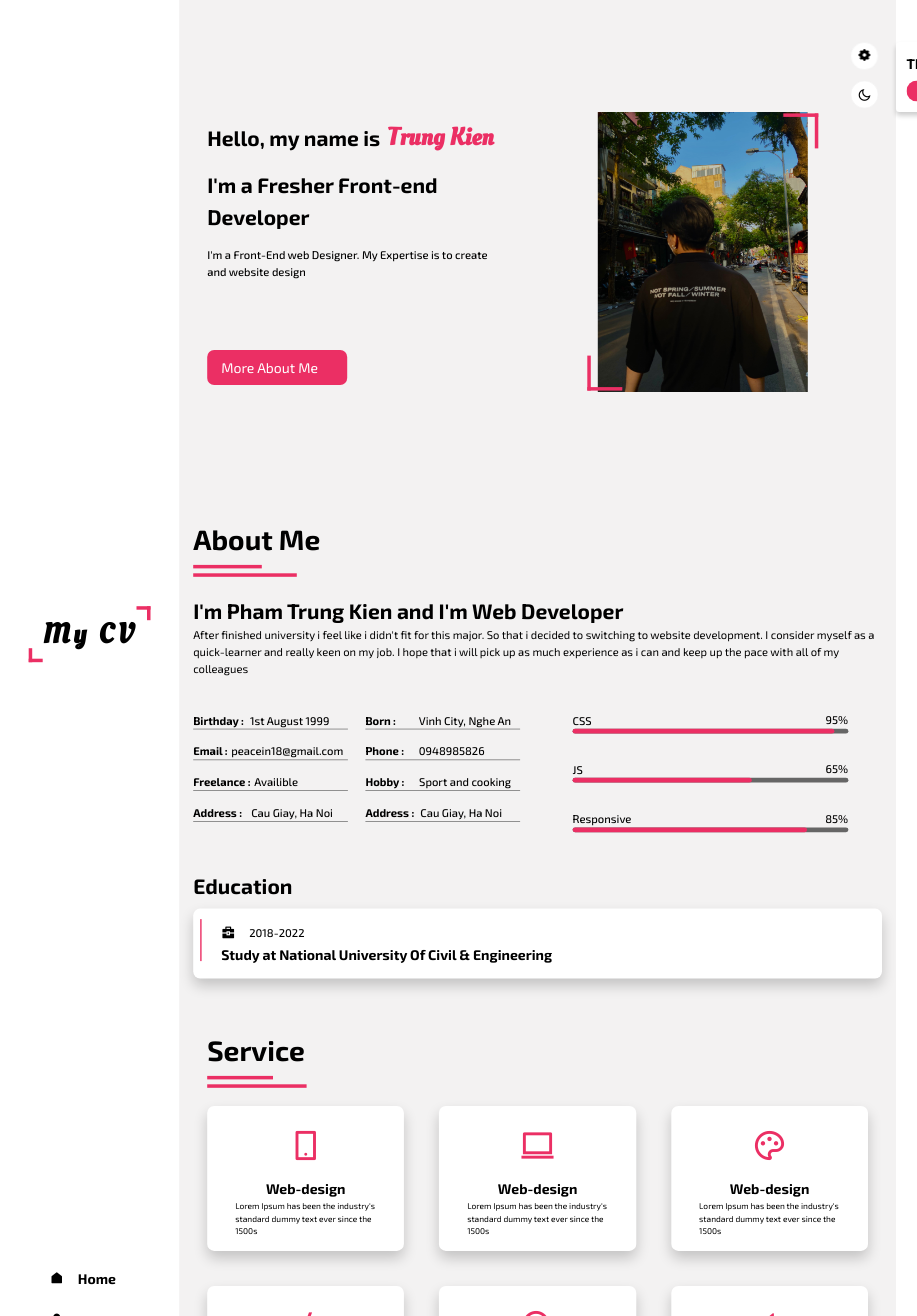
Repository: kien181999/First-Project
Page: index.html
The author's editor kept a copy of each file at every save. The page is drawn from the files as they stood at one save, then again after the next save.
The browser window is 1280 px wide. The page is 1310 px wide, so the pictures cover 1310 px, including what lies to the right of the window. The pictures show the part of the page from y = 0 to 1880 px (the page is 2917 px tall), at 70% of full size.
The style sheet was rebuilt from its Sass, Less or Tailwind sources for each picture, by a compiler version that may differ from the author's.

Above is the page before, as saved 2022-06-05 00:36:39.

After the next save:
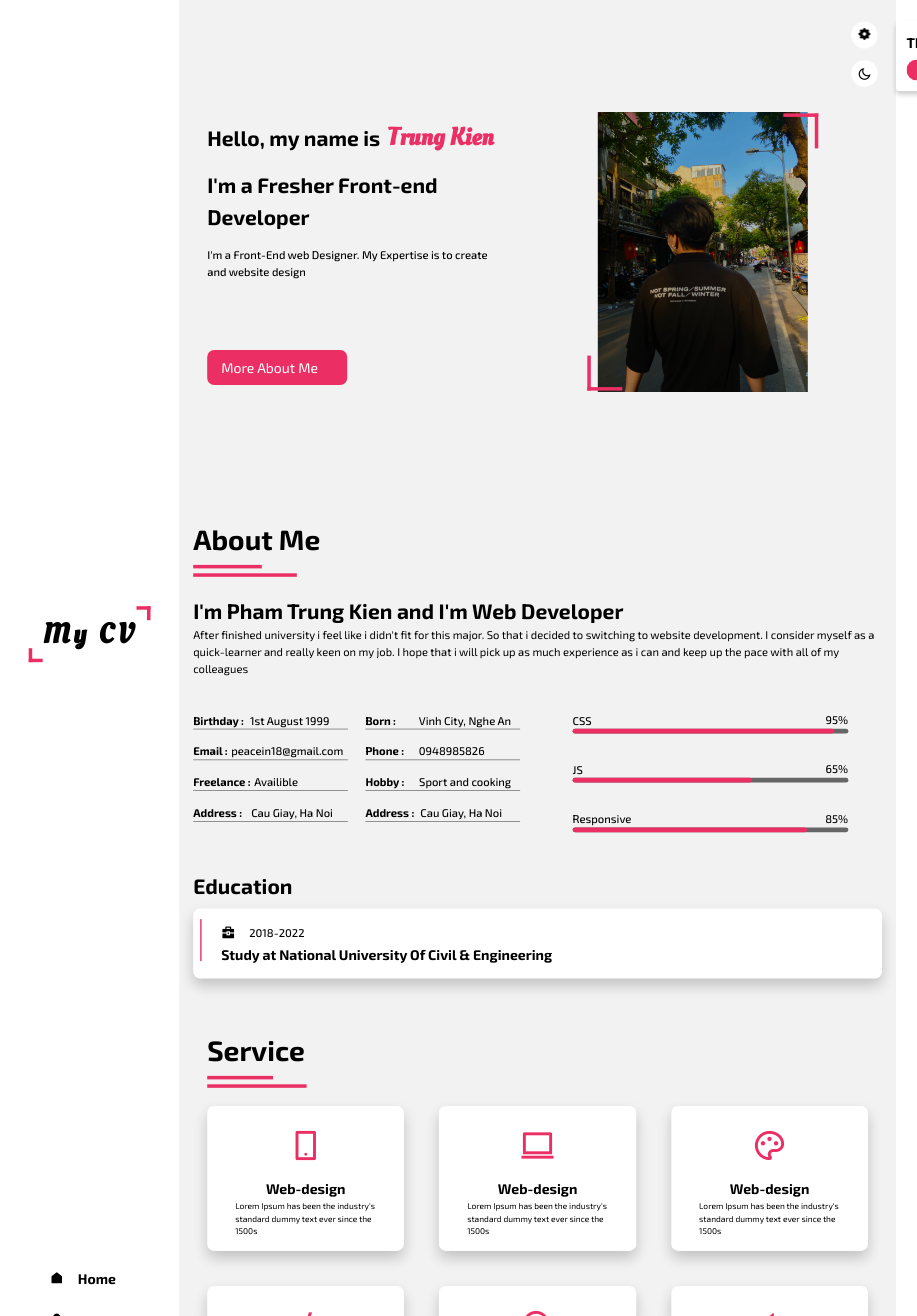
Saved 28 s later.
--- a/sass/_switch.scss
+++ b/sass/_switch.scss
@@ -1,7 +1,7 @@
 .style-switcher{
     position: fixed;
     right: -200px;
-    top: 6rem;
+    top: 3rem;
     padding: 1.5rem;
     width: 20rem;
     background-color: var(--white-color);
